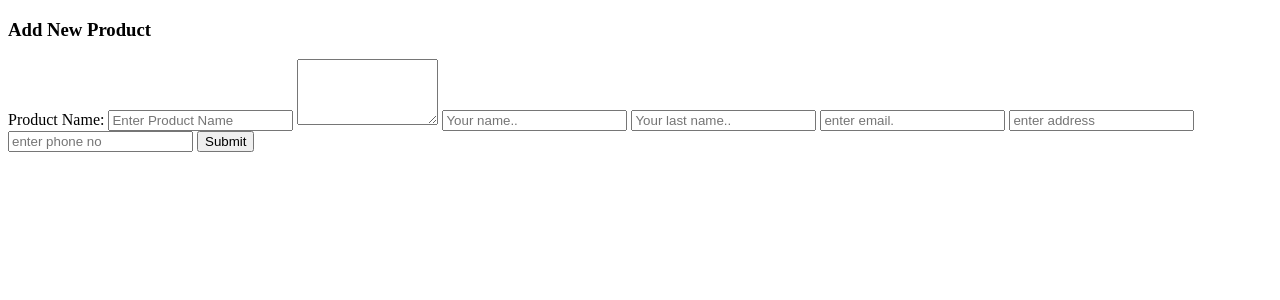
Repository: mihirhpanchal/Java-OnlineShopping
Page: onlineshopping/onlineshopping/src/main/webapp/regproduct.html
The author's editor kept a copy of each file at every save. The page is drawn from the files as they stood at one save, then again after the next save.
The browser window is 1280 px wide. The pictures show the whole page.

Above is the page before, as saved 2019-11-19 05:09:32.

After the next save:
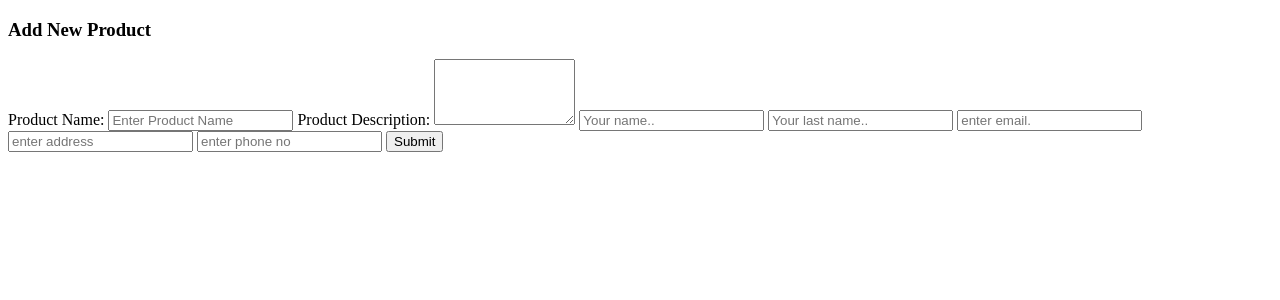
Saved 43 s later.
--- a/onlineshopping/onlineshopping/src/main/webapp/regproduct.html
+++ b/onlineshopping/onlineshopping/src/main/webapp/regproduct.html
@@ -12,7 +12,7 @@
   <form action="addproduct.do" method="post">
  	<label >Product Name: </label>
     <input type="text" id="product_name" name="product_name" placeholder="Enter Product Name">
-
+    <label >Product Description: </label>
     <textarea rows="4" cols="15" name="product_description"></textarea>
 
     <input type="text" id="fname" name="fname" placeholder="Your name..">
